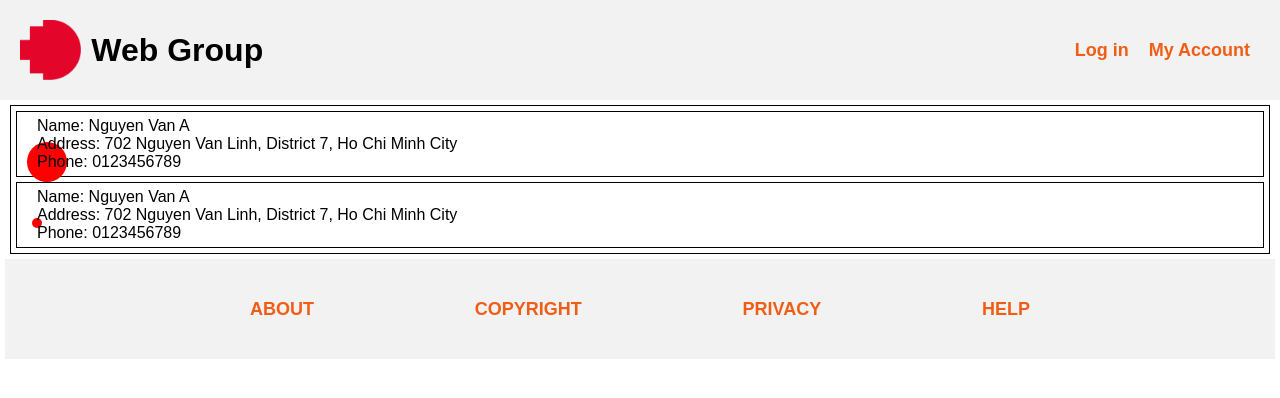
Repository: quynguyn/shoopingweb
Page: shipper.html
An editor plug-in stored every save of this project. The page is shown before and after a run of saves, followed by the edit.
The browser window is 1280 px wide. The pictures show the whole page.

Above is the page before, as saved 2023-05-04 17:22:25.

After the next 2 saves:
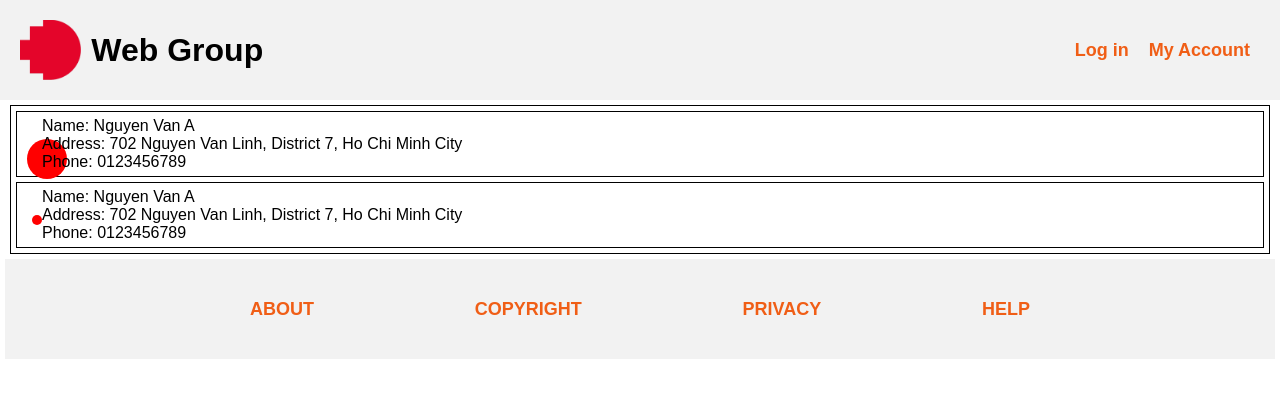
The 2 saves are shown as one change because they came seconds apart.
The last was saved 8 s later.
--- a/Asset/CSS/shipper.css
+++ b/Asset/CSS/shipper.css
@@ -17,8 +17,8 @@
 }
 
 .activity {
-	width: 15px;
-	height: 15px;
+	width: 20px;
+	height: 20px;
 }
 
 .information {
